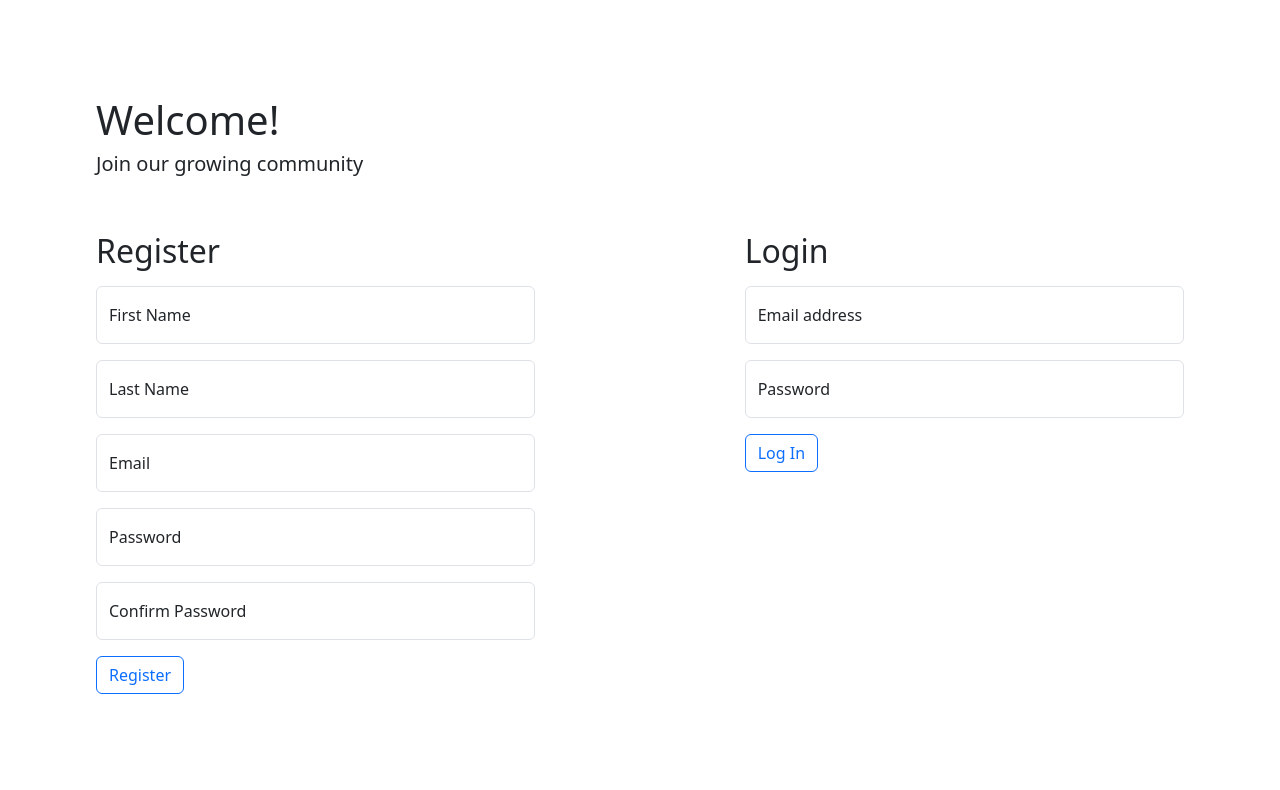
Repository: ShathaMorales/Java-Stack
Page: http://localhost/LoginRegistration/WEB-INF/index.jsp
The author's editor kept a copy of each file at every save. The page is drawn from the files as they stood at one save, then again after the next save.
The browser window is 1280 px wide. The pictures show the whole page.
The page is served by Tomcat 10. Nobody is signed in. The template is opened directly, without the code that normally fills it, so the values that code supplies are empty.

Above is the page before, as saved 2023-05-13 09:18:21.

After the next save:
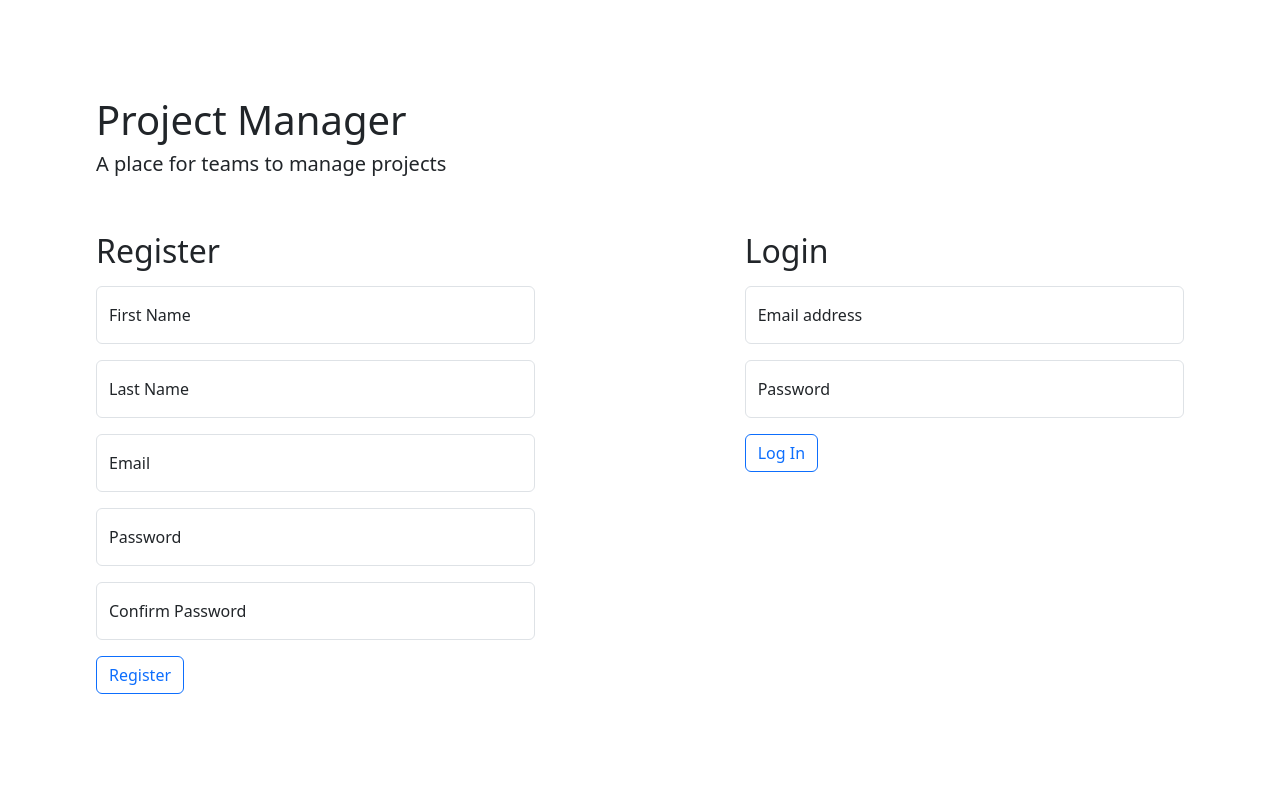
Saved 2 min 51 s later.
--- a/_java/FullSpring/ProjectManager/LoginRegistration/src/main/webapp/WEB-INF/index.jsp
+++ b/_java/FullSpring/ProjectManager/LoginRegistration/src/main/webapp/WEB-INF/index.jsp
@@ -13,8 +13,8 @@
 <body>
 	<div class = "container-md-fluid m-5 p-5">
     	<div class = "row justify-content-between">
-    	<h1>Welcome!</h1>
-    	<h5>Join our growing community</h5>
+    	<h1 class="text-align-center">Project Manager</h1>
+    	<h5>A place for teams to manage projects</h5>
             <div class = "col-5 mt-5">
     			<h2>Register</h2>
                 <form:form action="/register" method="post" modelAttribute="newUser">
